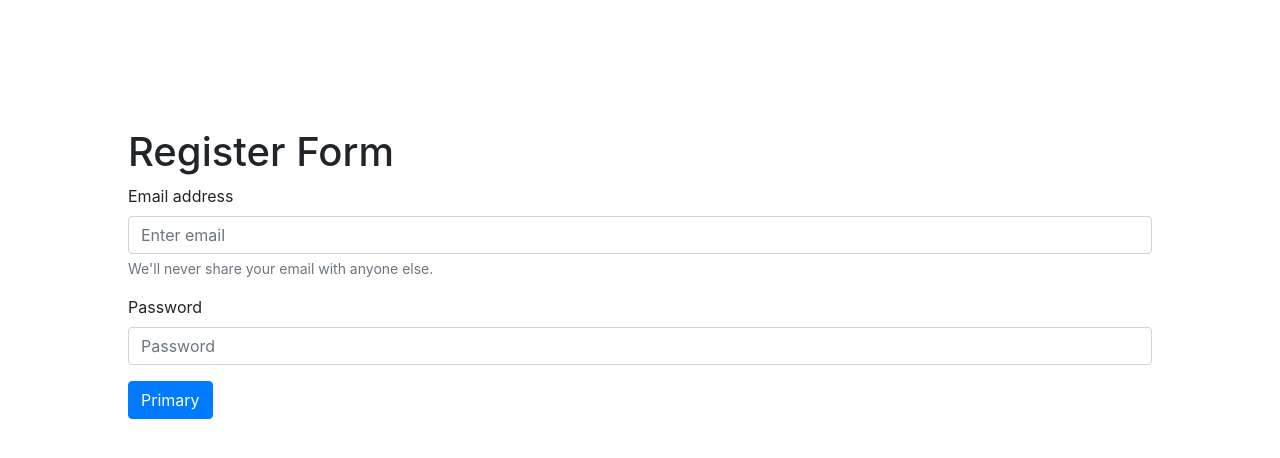
Repository: lalji-yadav/Register-Login-and-CRUD-using-token-and-Without-token-based
Page: /login
The author's editor kept a copy of each file at every save. The page is drawn from the files as they stood at one save, then again after the next save.
The browser window is 1280 px wide. The pictures show the whole page.
The project was rebuilt for these pictures with package versions that can differ from the ones it lists, and the page was loaded fresh each time. Also part of the build but not shown: src/App.css, src/auth/login.js.

Above is the page before, as saved 2021-02-01 18:35:04.

After the next save:
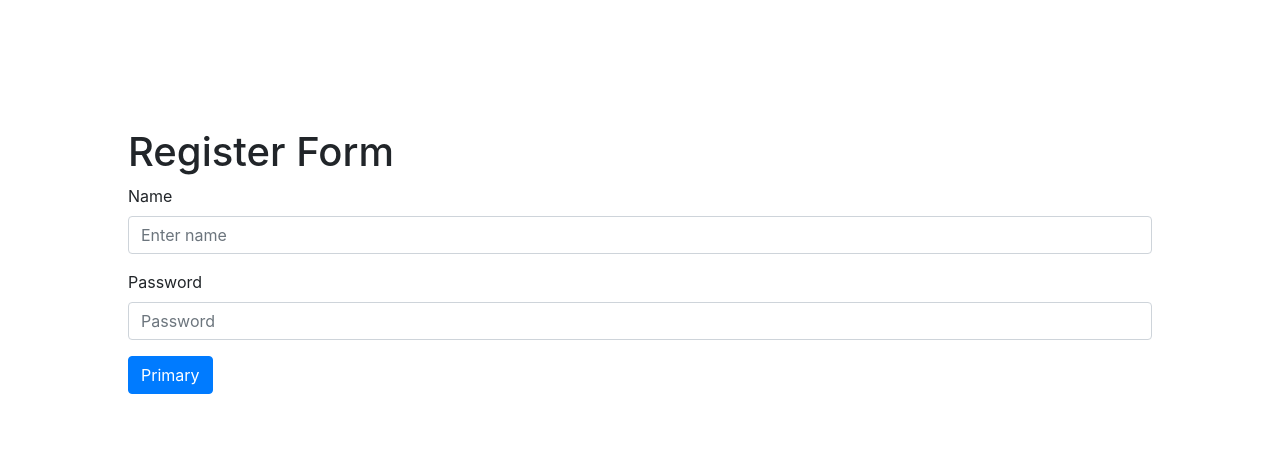
Saved 2 min 29 s later.
--- a/src/auth/register.js
+++ b/src/auth/register.js
@@ -7,11 +7,8 @@ const Register = () => {
            <h1> Register Form </h1>
             <Form>
                 <Form.Group controlId="formBasicEmail">
-                    <Form.Label>Email address</Form.Label>
-                    <Form.Control type="email" placeholder="Enter email" />
-                    <Form.Text className="text-muted">
-                    We'll never share your email with anyone else.
-                    </Form.Text>
+                    <Form.Label>Name</Form.Label>
+                    <Form.Control type="text" placeholder="Enter name" />
                 </Form.Group>
 
                 <Form.Group controlId="formBasicPassword">
